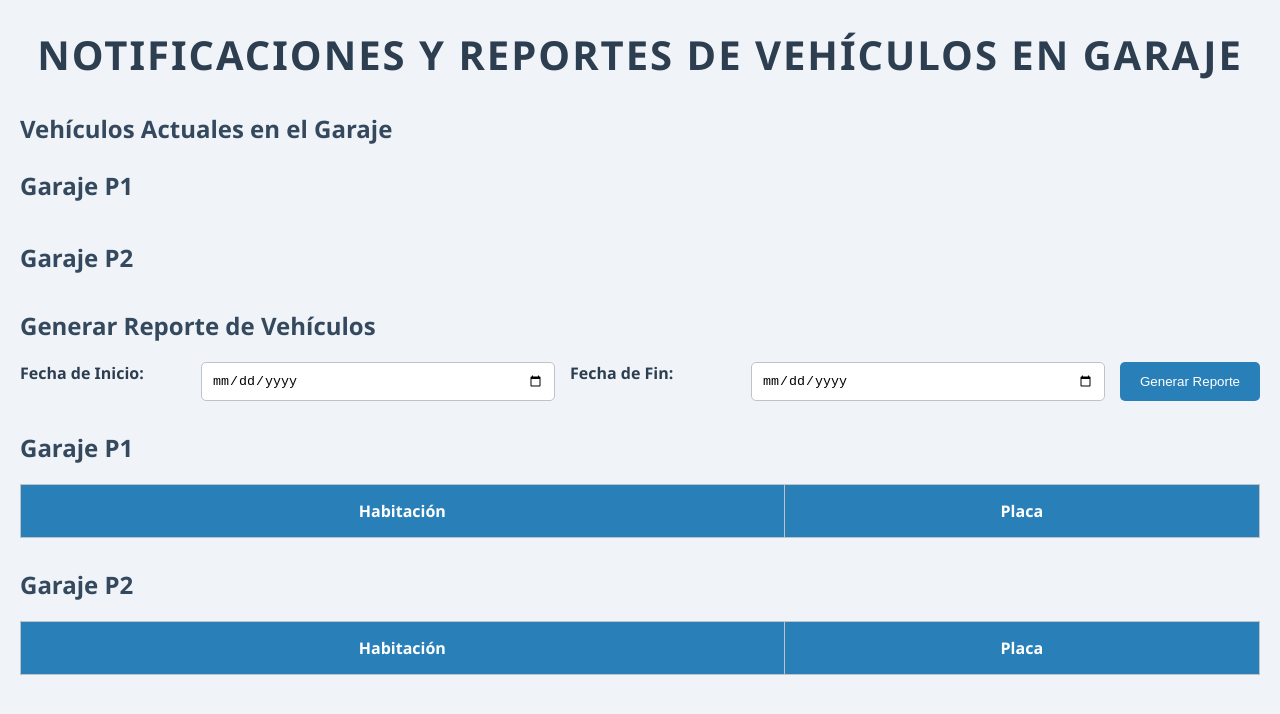
Repository: EddyWebz/REPOSITORIO-BASE-DATOS
Page: privado/report.html
The author's editor kept a copy of each file at every save. The page is drawn from the files as they stood at one save, then again after the next save.
The browser window is 1280 px wide. The pictures show the whole page.
The page's requests for data from a server got no answer.

Above is the page before, as saved 2024-08-15 09:39:08.
Console error: TypeError: Cannot read properties of null (reading 'addEventListener')

### privado/report.html
<!DOCTYPE html>
<html lang="es">
<head>
    <meta charset="UTF-8">
    <meta name="viewport" content="width=device-width, initial-scale=1.0">
    <title>Notificaciones y Reportes de Vehículos</title>
    <!-- Vinculación al archivo CSS de notificaciones -->
    <link rel="stylesheet" href="/notif.css">
</head>
<body>
    <!-- Encabezado de la página -->
    <header>
        <h1>Notificaciones y Reportes de Vehículos en Garaje</h1>
    </header>

    <!-- Sección de Notificaciones Activas -->
    <section id="notificaciones">
        <h2>Vehículos Actuales en el Garaje</h2>
        <h3>Garaje P1</h3>
        <div id="notificaciones-contenedor-P1">
            <!-- Las notificaciones dinámicas de P1 se insertarán aquí -->
        </div>
        <h3>Garaje P2</h3>
        <div id="notificaciones-contenedor-P2">
            <!-- Las notificaciones dinámicas de P2 se insertarán aquí -->
        </div>
    </section>

    <!-- Sección de Reportes -->
    <section id="reportes">
        <h2>Generar Reporte de Vehículos</h2>
        <form id="form-reporte">
            <label for="fecha-inicio">Fecha de Inicio:</label>
            <input type="date" id="fecha-inicio" name="fecha-inicio" required>

            <label for="fecha-fin">Fecha de Fin:</label>
            <input type="date" id="fecha-fin" name="fecha-fin" required>

            <button type="submit">Generar Reporte</button>
        </form>

        <h3>Garaje P1</h3>
        <table id="tabla-reporte-P1">
            <thead>
                <tr>
                    <th>Habitación</th>
                    <th>Placa</th>
                </tr>
            </thead>
            <tbody>
                <!-- Las filas de datos se insertarán dinámicamente aquí -->
            </tbody>
        </table>

        <h3>Garaje P2</h3>
        <table id="tabla-reporte-P2">
            <thead>
                <tr>
                    <th>Habitación</th>
                    <th>Placa</th>
                </tr>
            </thead>
            <tbody>
                <!-- Las filas de datos se insertarán dinámicamente aquí -->
            </tbody>
        </table>
    </section>

    <!-- Vinculación al archivo JavaScript de notificaciones y reportes -->
    <script src="/report.js"></script>
</body>
</html>

### BASE-2/notif.css
/* Estilos Generales */
body {
    font-family: 'Segoe UI', Tahoma, Geneva, Verdana, sans-serif;
    background-color: #f0f4f8;
    color: #333;
    margin: 20px;
    padding: 0;
    box-sizing: border-box;
}

/* Encabezado */
header h1 {
    text-align: center;
    color: #2c3e50;
    font-size: 2.5em;
    margin-bottom: 30px;
    text-transform: uppercase;
    letter-spacing: 2px;
    animation: fadeIn 1.5s ease-in-out;
}

/* Sección de Notificaciones */
#notificaciones h2, #notificaciones h3 {
    color: #34495e;
    margin-bottom: 15px;
    font-size: 1.5em;
    animation: fadeIn 1.5s ease-in-out;
}

#notificaciones-contenedor-P1, #notificaciones-contenedor-P2 {
    display: flex;
    flex-wrap: wrap;
    gap: 20px;
    animation: slideInUp 0.8s ease-in-out;
}

.notificacion {
    background-color: #ffffff;
    border-left: 5px solid #2980b9;
    padding: 15px 20px;
    box-shadow: 0 4px 6px rgba(0, 0, 0, 0.1);
    border-radius: 8px;
    width: calc(33.333% - 20px);
    transition: transform 0.3s ease, box-shadow 0.3s ease;
    cursor: pointer;
}

.notificacion:hover {
    transform: translateY(-5px);
    box-shadow: 0 8px 12px rgba(0, 0, 0, 0.2);
}

/* Sección de Reportes */
#reportes h2, #reportes h3 {
    color: #34495e;
    margin-bottom: 20px;
    font-size: 1.5em;
    animation: fadeIn 1.5s ease-in-out;
}

#form-reporte {
    display: flex;
    flex-wrap: wrap;
    gap: 15px;
    margin-bottom: 30px;
}

#form-reporte label {
    font-weight: bold;
    color: #2c3e50;
    flex: 1;
    min-width: 100px;
}

#form-reporte input {
    padding: 10px;
    border-radius: 5px;
    border: 1px solid #bdc3c7;
    flex: 2;
    min-width: 200px;
}

#form-reporte button {
    padding: 10px 20px;
    background-color: #2980b9;
    color: #ffffff;
    border: none;
    border-radius: 5px;
    cursor: pointer;
    transition: background-color 0.3s ease, transform 0.3s ease;
}

#form-reporte button:hover {
    background-color: #3498db;
    transform: translateY(-3px);
}

/* Tablas de Reportes */
#tabla-reporte-P1, #tabla-reporte-P2 {
    width: 100%;
    border-collapse: collapse;
    margin-bottom: 30px;
    animation: fadeIn 1.5s ease-in-out;
}

#tabla-reporte-P1 th, #tabla-reporte-P1 td,
#tabla-reporte-P2 th, #tabla-reporte-P2 td {
    border: 1px solid #bdc3c7;
    padding: 15px;
    text-align: center;
    background-color: #ecf0f1;
    color: #2c3e50;
    transition: background-color 0.3s ease;
}

#tabla-reporte-P1 th, #tabla-reporte-P2 th {
    background-color: #2980b9;
    color: white;
}

#tabla-reporte-P1 tr:nth-child(even), #tabla-reporte-P2 tr:nth-child(even) {
    background-color: #f7f9f9;
}

#tabla-reporte-P1 tr:hover, #tabla-reporte-P2 tr:hover {
    background-color: #e1ecf4;
}

/* Animaciones */
@keyframes fadeIn {
    0% { opacity: 0; }
    100% { opacity: 1; }
}

@keyframes slideInUp {
    0% {
        transform: translateY(30px);
        opacity: 0;
    }
    100% {
        transform: translateY(0);
        opacity: 1;
    }
}

### BASE-2/report.js
document.addEventListener('DOMContentLoaded', () => {
    actualizarNotificaciones();
    generarReporteAutomatico(); // Generar el reporte automáticamente al cargar la página
    configurarFormularioReporte(); // Mantener la funcionalidad manual del reporte

    // Configurar auto-actualización cada 5 minutos para notificaciones y reporte
    setInterval(actualizarNotificaciones, 5 * 60 * 1000);
    setInterval(generarReporteAutomatico, 5 * 60 * 1000);

    // Configurar botón de impresión/descarga
    document.getElementById('btn-imprimir').addEventListener('click', imprimirReporte);
});

// Función para obtener y actualizar las notificaciones activas
function actualizarNotificaciones() {
    fetch('/api/notas/notificaciones')
        .then(response => response.json())
        .then(data => {
            console.log('Notificaciones recibidas:', data); // Para depuración

            const contenedorP1 = document.getElementById('notificaciones-contenedor-P1');
            const contenedorP2 = document.getElementById('notificaciones-contenedor-P2');
            contenedorP1.innerHTML = ''; // Limpiar contenido previo
            contenedorP2.innerHTML = ''; // Limpiar contenido previo

            data.P1.forEach(notificacion => {
                const div = document.createElement('div');
                div.classList.add('notificacion');
                div.innerHTML = `<p><strong>Habitación:</strong> ${notificacion.habitacion} <strong>Placa:</strong> ${notificacion.plate}</p>`;
                contenedorP1.appendChild(div);
            });

            data.P2.forEach(notificacion => {
                const div = document.createElement('div');
                div.classList.add('notificacion');
                div.innerHTML = `<p><strong>Habitación:</strong> ${notificacion.habitacion} <strong>Placa:</strong> ${notificacion.plate}</p>`;
                contenedorP2.appendChild(div);
            });
        })
        .catch(error => console.error('Error al obtener notificaciones:', error));
}

// Función para generar y actualizar el reporte automático de vehículos en garaje
function generarReporteAutomatico() {
    fetch('/api/notas/reportes')
        .then(response => response.json())
        .then(data => {
            console.log('Datos del reporte recibidos:', data); // Para depuración

            const tbodyP1 = document.getElementById('tabla-reporte-P1').querySelector('tbody');
            const tbodyP2 = document.getElementById('tabla-reporte-P2').querySelector('tbody');
            tbodyP1.innerHTML = ''; // Limpiar contenido previo
            tbodyP2.innerHTML = ''; // Limpiar contenido previo

            data.P1.forEach(registro => {
                const tr = document.createElement('tr');
                tr.innerHTML = `<td>${registro.habitacion}</td><td>${registro.plate}</td>`;
                tbodyP1.appendChild(tr);
            });

            data.P2.forEach(registro => {
                const tr = document.createElement('tr');
                tr.innerHTML = `<td>${registro.habitacion}</td><td>${registro.plate}</td>`;
                tbodyP2.appendChild(tr);
            });
        })
        .catch(error => console.error('Error al generar el reporte:', error));
}

// Función para configurar el formulario de generación de reportes manuales
function configurarFormularioReporte() {
    const form = document.getElementById('form-reporte');
    form.addEventListener('submit', (e) => {
        e.preventDefault();

        const fechaInicio = document.getElementById('fecha-inicio').value;
        const fechaFin = document.getElementById('fecha-fin').value;

        fetch(`/api/notas/reportes?fechaInicio=${fechaInicio}&fechaFin=${fechaFin}`)
            .then(response => response.json())
            .then(data => {
                console.log('Datos del reporte recibidos:', data); // Para depuración

                const tbodyP1 = document.getElementById('tabla-reporte-P1').querySelector('tbody');
                const tbodyP2 = document.getElementById('tabla-reporte-P2').querySelector('tbody');
                tbodyP1.innerHTML = ''; // Limpiar contenido previo
                tbodyP2.innerHTML = ''; // Limpiar contenido previo

                data.P1.forEach(registro => {
                    const tr = document.createElement('tr');
                    tr.innerHTML = `<td>${registro.habitacion}</td><td>${registro.plate}</td>`;
                    tbodyP1.appendChild(tr);
                });

                data.P2.forEach(registro => {
                    const tr = document.createElement('tr');
                    tr.innerHTML = `<td>${registro.habitacion}</td><td>${registro.plate}</td>`;
                    tbodyP2.appendChild(tr);
                });
            })
            .catch(error => console.error('Error al generar el reporte:', error));
    });
}

// Función para imprimir o descargar el reporte como PDF
function imprimirReporte() {
    const printContents = document.getElementById('reporte-container').innerHTML;
    const originalContents = document.body.innerHTML;

    document.body.innerHTML = printContents;

    window.print();

    document.body.innerHTML = originalContents;
}

After the next save:
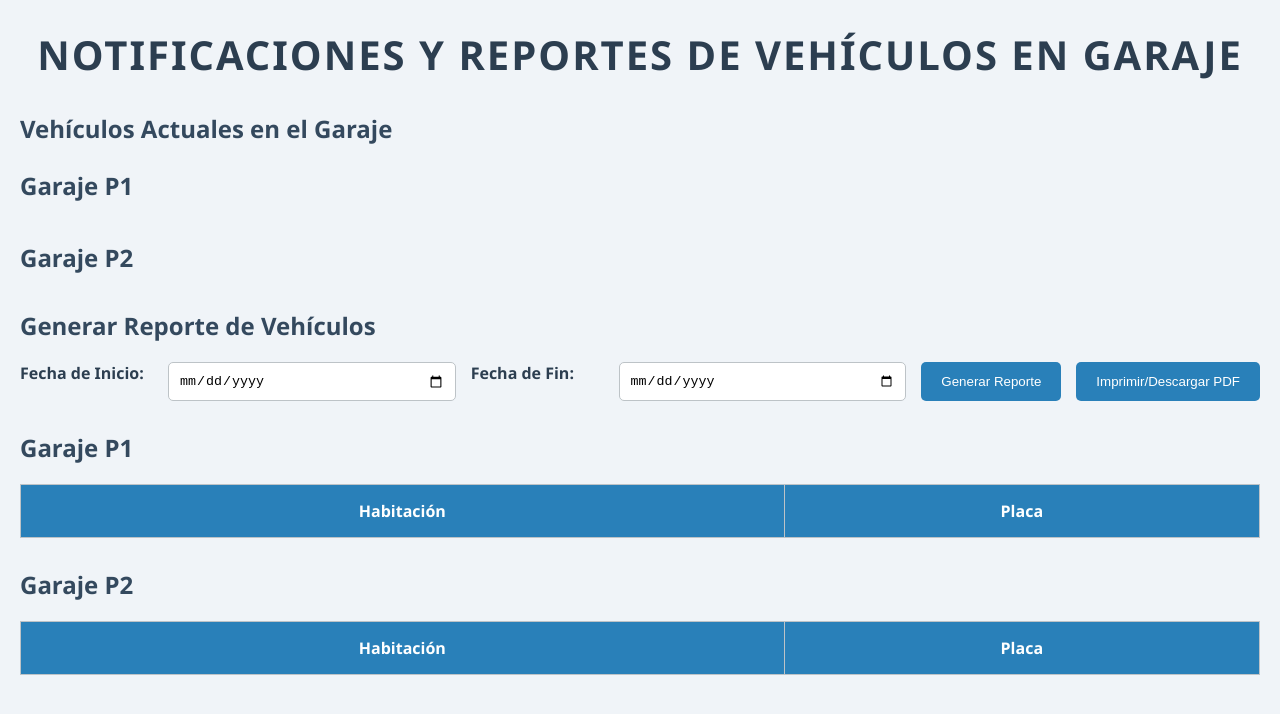
The error is gone.
Saved 34 min 38 s later.
--- a/privado/report.html
+++ b/privado/report.html
@@ -37,6 +37,8 @@
             <input type="date" id="fecha-fin" name="fecha-fin" required>
 
             <button type="submit">Generar Reporte</button>
+              <!-- Botón de Imprimir -->
+    <button type="button" id="btn-imprimir">Imprimir/Descargar PDF</button>
         </form>
 
         <h3>Garaje P1</h3>
